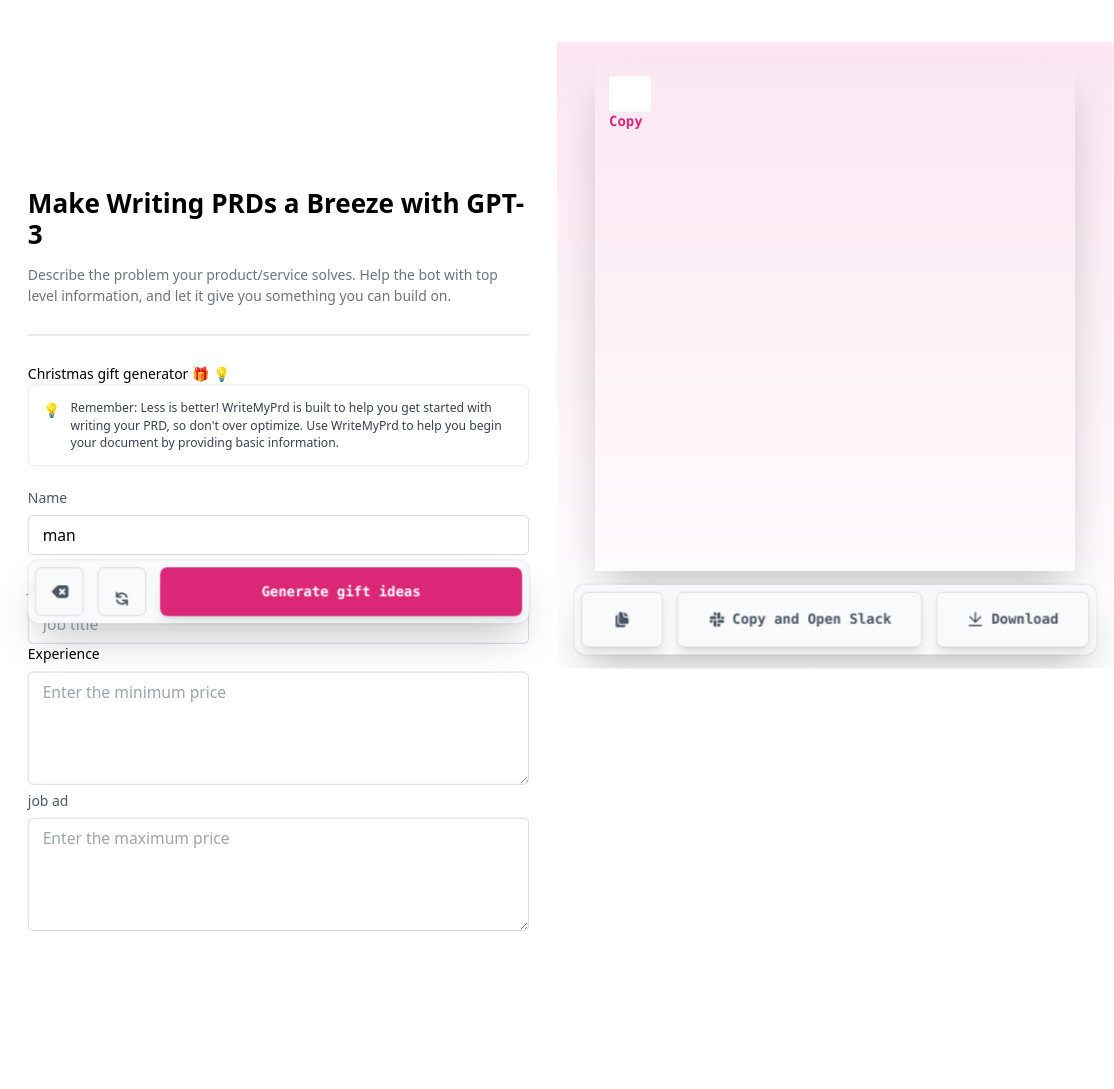
Repository: hamza-mastar/chatgpt-jpbad
Page: /
An editor plug-in stored every save of this project. The page is shown before and after the next save, followed by the edit.
The browser window is 1280 px wide. The pictures show the whole page, at 87% of full size.
The project was rebuilt for these pictures with package versions that can differ from the ones it lists, and the page was loaded fresh each time. The framework's server and built-in components were replaced by stand-ins that run in the browser.

Above is the page before, as saved 2023-01-30 17:21:37.

### pages/_app.js
import 'tailwindcss/tailwind.css'

import '../styles/globals.css'

export default function MyApp({ Component, pageProps }) {
  return <Component {...pageProps} />
}

### pages/index.js
import Head from 'next/head';
import React from 'react';
import { useState } from 'react';
import ReactDOM from 'react-dom';
import {CopyToClipboard} from 'react-copy-to-clipboard';

import styles from './index.module.css';


// import './gifts.css'







export default function Home() {
  const [name, setName] = useState('man');
  const [job_title, setJob_title] = useState("");
  const [experience, setExperience] = useState("");
  const [job_ad, setJob_ad] = useState("");

  const [loading, setLoading] = useState(false);

  const [result, setResult] = useState('');


  const [copy,setCopy] = useState(false)

  async function onSubmit(event) {
    event.preventDefault();
    if (loading) {
      return;
    }
    setLoading(true);
    setResult('hamza');
    const response = await fetch('/api/generate-gifts', {
      method: 'POST',
      headers: {
        'Content-Type': 'application/json',
      },
      body: JSON.stringify({ name, job_title, experience, job_ad}),
    });
    const data = await response.json();
    setResult(data.result.replaceAll('\n', '<br />'));
    setLoading(false);

  }


  return (
    <>



    <boddy class="h-full px-5 sm:px-6">
      <div class="flex relative sm:flex-col md: flex-col">

      <Head>
        <title>OpenAI Quickstart</title>
        <link rel="icon" href="/dog.png" />
      </Head>

      <main className={styles.main}>
     <div class="min-h-screen w-full lg:w-1/2 relative">
    <div class="h-full px-5 sm:px-6">
      <div class="h-full w-full max-w-xl mx-auto flex flex-col after:mt-auto after:flex-1">
        <header class="sm:flex-1 flex mb-auto sm:py-10 pt-6 items-center sm:justify-between flex-col sm:flex-row" >
          <div class="flex items-center justify-between h-24 md:h-20"> </div>

            {/* logo icone login  */}
            </header>
            <div class="flex-1 py-8">
           <div  class="mb-4" >
           <h1 class="text-3xl font-bold font-inter mb-2"> Make Writing PRDs a Breeze with GPT-3 </h1>
           <div class="text-gray-500 mt-4 mb-6"> Describe the problem your product/service solves. Help the bot with top level information, and let it give you something you can build on. </div>
           <div class="divide-y divide-gray-200 my-8 relative border"></div>





        <h3  >Christmas gift generator 🎁 💡</h3>
        <form  onSubmit={onSubmit} class="mb-12 relative">
        <div class="rounded-lg bg-white border p-4"><div class="flex"><div class="flex-shrink-0">💡</div><div class="ml-3 flex-1 md:flex md:justify-between"><p class="text-sm text-gray-700 font-medium"> Remember: Less is better! WriteMyPrd is built to help you get started with writing your PRD, so don't over optimize. Use WriteMyPrd to help you begin your document by providing basic information. </p></div></div></div>
        <div>
          <div class="py-6">
          <label class="relative transition text-gray-600 focus-within:text-gray-800 block" >Name</label>
          <input class="outline-none focus:outline-none text-lg bg-white rounded-md px-4 py-2 w-full border  focus:border-gray-400 border-gray-300 font-regular mt-2 transition-all undefined "
            type="text"
            name="name"
            placeholder="Enter the Name"
            value={name}
            onChange={(e) => setName(e.target.value)}
          />
          </div>


          <label class="relative transition text-gray-600 focus-within:text-gray-800 block">Job title</label>
          <input class="outline-none focus:outline-none text-lg bg-white rounded-md px-4 py-2 w-full border  focus:border-gray-400 border-gray-300 font-regular mt-2 transition-all undefined "
            type="text"
            name="job_title"
            placeholder="Job title"
            value={job_title}
            onChange={(e) => setJob_title(e.target.value)}
          />

          <label>Experience </label>
          <textarea class="form-textarea outline-none focus:outline-none text-lg bg-white rounded-md px-4 py-2 w-full border  focus:border-gray-400 border-gray-300 font-regular mt-2 transition-all undefined " rows="4"
          type="textarea"
          name="experience"
          placeholder="Enter the minimum price"
          value={experience}
          onChange={(e) => setExperience(e.target.value)} >

            </textarea>

          <label class="relative transition text-gray-600 focus-within:text-gray-800 block"> job ad</label>
          <textarea class="form-textarea outline-none focus:outline-none text-lg bg-white rounded-md px-4 py-2 w-full border  focus:border-gray-400 border-gray-300 font-regular mt-2 transition-all undefined " rows="4"
            type="text"
            name="job_ad"
            placeholder="Enter the maximum price"
            value={job_ad}
            onChange={(e) => setJob_ad(e.target.value)}
          ></textarea>


          <div class="sticky bottom-1 left-0 right-0 px-2 py-2 font-semibold text-sm text-slate-900 bg-slate-50/90 backdrop-blur-sm ring-1 ring-slate-900/10 space-x-4 rounded-xl shadow-2xl">
            <div class="flex gap-4 text-white text-sm font-bold font-mono leading-6 bg-stripes-indigo rounded-lg">
            <button id="clearAll" class="p-4 w-14 h-14 flex-none rounded-lg flex items-center justify-center bg-gray-50 border border-gray-300 text-gray-600 hover:bg-gray-100"><div tooltip="Clear All" position="top" class="w-full" data-v-47bc123b=""><svg class="w-6 h-6" fill="currentColor" viewBox="0 0 20 20" xmlns="http://www.w3.org/2000/svg"><path fill-rule="evenodd" d="M6.707 4.879A3 3 0 018.828 4H15a3 3 0 013 3v6a3 3 0 01-3 3H8.828a3 3 0 01-2.12-.879l-4.415-4.414a1 1 0 010-1.414l4.414-4.414zm4 2.414a1 1 0 00-1.414 1.414L10.586 10l-1.293 1.293a1 1 0 101.414 1.414L12 11.414l1.293 1.293a1 1 0 001.414-1.414L13.414 10l1.293-1.293a1 1 0 00-1.414-1.414L12 8.586l-1.293-1.293z" clip-rule="evenodd"></path></svg></div></button>
            <button id="re-generate-prd" class="w-14 h-14 flex-none rounded-lg flex items-center justify-center bg-gray-50 border border-gray-300 text-gray-600 hover:bg-gray-100"><div tooltip="Re-generate PRD" position="top" class="w-full" data-v-47bc123b=""><svg class="w-full mt-[30%] h-5 text-gray-600 mr-1" fill="currentColor" viewBox="0 0 20 20" xmlns="http://www.w3.org/2000/svg"><path fill-rule="evenodd" d="M4 2a1 1 0 011 1v2.101a7.002 7.002 0 0111.601 2.566 1 1 0 11-1.885.666A5.002 5.002 0 005.999 7H9a1 1 0 010 2H4a1 1 0 01-1-1V3a1 1 0 011-1zm.008 9.057a1 1 0 011.276.61A5.002 5.002 0 0014.001 13H11a1 1 0 110-2h5a1 1 0 011 1v5a1 1 0 11-2 0v-2.101a7.002 7.002 0 01-11.601-2.566 1 1 0 01.61-1.276z" clip-rule="evenodd"></path></svg></div></button>

          <input class="sm:p-4 p-3 pt-4 grow rounded-lg flex items-center justify-center bg-pink-600 hover:bg-pink-800 shadow-lg text-xs sm:text-base" type="submit" value="Generate gift ideas" />
          </div>
          </div>
          </div>
        </form>
        </div>
       </div>
        </div>
        </div>
          </div>

          {/* loging page ////////////////// */}

          <div class="relative  lg:fixed right-0 bottom-0 lg:block lg:w-1/2 overflow-hidden sm:px-5 lg:h-full h-auto  top-12">
            <div class="absolute inset-0 bg-gradient-to-b from-pink-100 to-white  -z-10" >
              <div class="relative lg:fixed right-0 bottom-0 lg:block lg:w-1/2 sm:px-5 lg:h-full h-auto overflow-scroll top-12">
                <div  class=" h-auto ">
                <div class="p-6 pb-0 h-[calc(100vh-6rem)]" >
                <div className={styles.formTextarea } class=" relative text-base  w-full p-4 px-8  h-[calc(100%-1rem)] shadow-2xl flex items-center justify-center" >
                <div class="text-pink-600 font-mono text-left text-base font-semibold absolute top-4 left-4">
        {loading && (

          <div>
            <h3>Looking for the best gift ideas 🎁 💡</h3>
            <img src="/loading.gif" className={styles.loading} />
          </div>



        )}
        <div>
        <div type="text" onChange={(e)=>seResult(e.target.result.replaceAll('\n', '<br/>'))}
        class="whitespace-pre-wrap text-gray-800 bg-white h-auto text-lg divide-y px-4 pt-5 pb-4 sm:p-6 sm:pb-4 "
          className={styles.result}
          dangerouslySetInnerHTML={{ __html: result }}



        />


      <CopyToClipboard text={result}
          onCopy={() =>setCopy(true)}>
           <button className={`${copy ? 'copied' : 'copy' }`}>
             {copy ? 'Copied' : "Copy"}
           </button>
        </CopyToClipboard>


        </div>
        </div>

        </div>


        </div>
        <div class="sticky bottom-1 left-0 right-0 px-2 py-2 font-semibold text-sm text-slate-900 bg-slate-50/90 backdrop-blur-sm ring-1 ring-slate-900/10 space-x-4 rounded-xl shadow-2xl">
            <div class="flex gap-4 text-white text-sm font-bold font-mono leading-6 bg-stripes-indigo rounded-lg">
  <button class="grow h-16 p-0 sm:p-[1.1rem] w-20 sm:w-auto h-auto rounded-lg flex items-center justify-center bg-gray-50 border-gray-300 text-gray-600 hover:bg-gray-100 shadow-lg border"><svg xmlns="http://www.w3.org/2000/svg" viewBox="0 0 24 24" fill="currentColor" class="h-5 w-5 flex-shrink-0 text-gray-600"><path d="M7.5 3.375c0-1.036.84-1.875 1.875-1.875h.375a3.75 3.75 0 013.75 3.75v1.875C13.5 8.161 14.34 9 15.375 9h1.875A3.75 3.75 0 0121 12.75v3.375C21 17.16 20.16 18 19.125 18h-9.75A1.875 1.875 0 017.5 16.125V3.375z"></path><path d="M15 5.25a5.23 5.23 0 00-1.279-3.434 9.768 9.768 0 016.963 6.963A5.23 5.23 0 0017.25 7.5h-1.875A.375.375 0 0115 7.125V5.25zM4.875 6H6v10.125A3.375 3.375 0 009.375 19.5H16.5v1.125c0 1.035-.84 1.875-1.875 1.875h-9.75A1.875 1.875 0 013 20.625V7.875C3 6.839 3.84 6 4.875 6z"></path></svg>
  </button>
  <button class="p-4 grow w-auto h-16 rounded-lg flex items-center justify-center bg-gray-50 border border-gray-300 text-gray-600 hover:bg-gray-100 shadow-lg text-xs sm:text-base"><svg fill="currentColor" class="h-5 w-5 flex-shrink-0 text-gray-600 mr-2" viewBox="0 0 24 24" xmlns="http://www.w3.org/2000/svg"><path d="M6.194 14.644c0 1.16-.943 2.107-2.103 2.107a2.11 2.11 0 0 1-2.104-2.107 2.11 2.11 0 0 1 2.104-2.106h2.103v2.106zm1.061 0c0-1.16.944-2.106 2.104-2.106a2.11 2.11 0 0 1 2.103 2.106v5.274a2.11 2.11 0 0 1-2.103 2.106 2.108 2.108 0 0 1-2.104-2.106v-5.274zm2.104-8.455c-1.16 0-2.104-.948-2.104-2.107s.944-2.106 2.104-2.106a2.11 2.11 0 0 1 2.103 2.106v2.107H9.359zm0 1.06a2.11 2.11 0 0 1 2.103 2.107 2.11 2.11 0 0 1-2.103 2.106H4.092a2.11 2.11 0 0 1-2.104-2.106 2.11 2.11 0 0 1 2.104-2.107h5.267zm8.447 2.107c0-1.16.943-2.107 2.103-2.107a2.11 2.11 0 0 1 2.104 2.107 2.11 2.11 0 0 1-2.104 2.106h-2.103V9.356zm-1.061 0c0 1.16-.944 2.106-2.104 2.106a2.11 2.11 0 0 1-2.103-2.106V4.082a2.11 2.11 0 0 1 2.103-2.106c1.16 0 2.104.946 2.104 2.106v5.274zm-2.104 8.455c1.16 0 2.104.948 2.104 2.107s-.944 2.106-2.104 2.106a2.11 2.11 0 0 1-2.103-2.106v-2.107h2.103zm0-1.06a2.11 2.11 0 0 1-2.103-2.107 2.11 2.11 0 0 1 2.103-2.106h5.268a2.11 2.11 0 0 1 2.104 2.106 2.11 2.11 0 0 1-2.104 2.107h-5.268z"></path></svg> Copy and Open Slack </button>
  <button class="p-4 grow w-auto h-16 rounded-lg flex items-center justify-center bg-gray-50 border border-gray-300 text-gray-600 hover:bg-gray-100 shadow-lg text-xs sm:text-base"><svg class="h-5 w-5 flex-shrink-0 text-gray-600 fill-gray-600 mr-2" xmlns="http://www.w3.org/2000/svg" viewBox="0 0 24 24"><path fill="none" d="M0 0h24v24H0z"></path><path d="M3 19h18v2H3v-2zm10-5.828L19.071 7.1l1.414 1.414L12 17 3.515 8.515 4.929 7.1 11 13.17V2h2v11.172z"></path></svg> Download </button></div></div>
        </div>
        </div>

        </div>
        </div>

      </main>
      </div>

      </boddy>


    </>
  );
}
// Name Job_title Experience job_ad
// overflow-scroll

### pages/index.module.css


@font-face {
  font-family: "ColfaxAI";
  src: url(https://cdn.openai.com/API/fonts/ColfaxAIRegular.woff2)
      format("woff2"),
    url(https://cdn.openai.com/API/fonts/ColfaxAIRegular.woff) format("woff");
  font-weight: normal;
  font-style: normal;
}
@font-face {
  font-family: "ColfaxAI";
  src: url(https://cdn.openai.com/API/fonts/ColfaxAIBold.woff2) format("woff2"),
    url(https://cdn.openai.com/API/fonts/ColfaxAIBold.woff) format("woff");
  font-weight: bold;
  font-style: normal;
}
/* .main,
.main input {
  font-size: 16px;
  line-height: 24px;
  color: #353740;
  font-family: "ColfaxAI", Helvetica, sans-serif;
}
.main {
  display: flex;
  flex-direction: column;
  align-items: center;
  padding-top: 60px;
}
.main .icon {
  width: 34px;
}
.main h3 {
  font-size: 32px;
  line-height: 40px;
  font-weight: bold;
  color: #202123;
  margin: 16px 0 40px;
}
.main form {
  display: flex;
  flex-direction: column;
  width: 320px;
}
.main input[type="text"] {
  padding: 12px 16px;
  border: 1px solid #10a37f;
  border-radius: 4px;
  margin-bottom: 24px;
  outline-color: #10a37f;
}
.main ::placeholder {
  color: #8e8ea0;
  opacity: 1;
}
.main input[type="submit"] {
  padding: 12px 0;
  color: #fff;
  background-color: #10a37f;
  border: none;
  border-radius: 4px;
  text-align: center;
  cursor: pointer;
}
.main .result {
  padding: 100px;
  font-weight: bold;
  margin-top: 40px;
  position:absolute;
  display: flex;
  justify-content: end;
} */

.main .loading {
  width: 50;
}

/* .main input[type="text"],
.main input[type="number"],
.main select {
  padding: 12px 16px;
  border: 1px solid #10a37f;
  border-radius: 4px;
  margin-bottom: 12px;
  margin-top: 4px;
}
.hamza {
  background-color: #10a37f;
} */










.formTextarea{
  border-width: 1px;
  --tw-border-opacity: 1;
  border-color: rgb(209 213 219 / var(--tw-border-opacity));
  --tw-bg-opacity: 1;
  background-color: rgb(255 255 255 / var(--tw-bg-opacity));
  height: 600px;
  width: 600px;
}
.container {
  scroll-snap-type: both mandatory;
  width: 50%;
  margin: 30px auto;
  white-space: nowrap;
  aspect-ratio: 1/1;
  overflow-x: scroll;
  overflow-y: scroll;
  border: solid black 2px;
}

.text-base {
  font-size: 18px;
  line-height: 1.5;
  letter-spacing: -.01em;
  color: black

}
.typed {
  color: #1f2937;
  white-space: break-spaces;
  font-size: 100px;
}
@media only screen and (max-width: 600px) {
  .goho {
    width: auto;
    display: flex;
    justify-content:center ;

  }
}

Loaded but not shown: styles/globals.css (common file); tailwind.config.js (common file)

After the next save:
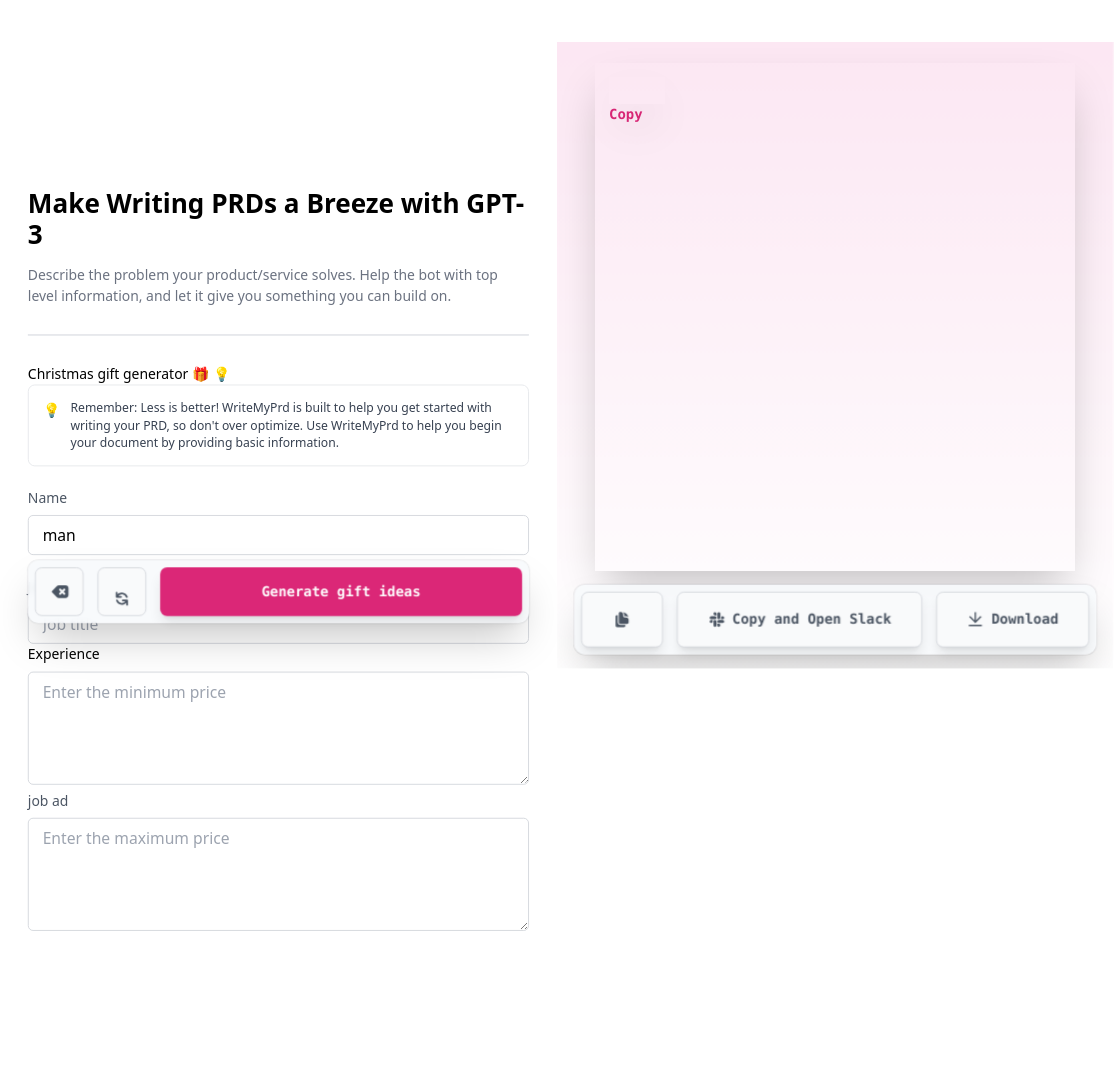
Saved 61 s later.
--- a/pages/index.js
+++ b/pages/index.js
@@ -163,7 +163,7 @@
         )}
         <div>
         <div type="text" onChange={(e)=>seResult(e.target.result.replaceAll('\n', '<br/>'))}
-        class="whitespace-pre-wrap text-gray-800 bg-white h-auto text-lg divide-y px-4 pt-5 pb-4 sm:p-6 sm:pb-4 "
+        className={styles.formTextarea } class=" relative text-base  w-full p-4 px-8  h-[calc(100%-1rem)] shadow-2xl flex items-center justify-center"
           className={styles.result}
           dangerouslySetInnerHTML={{ __html: result }}
 

After the 2 saves that followed:
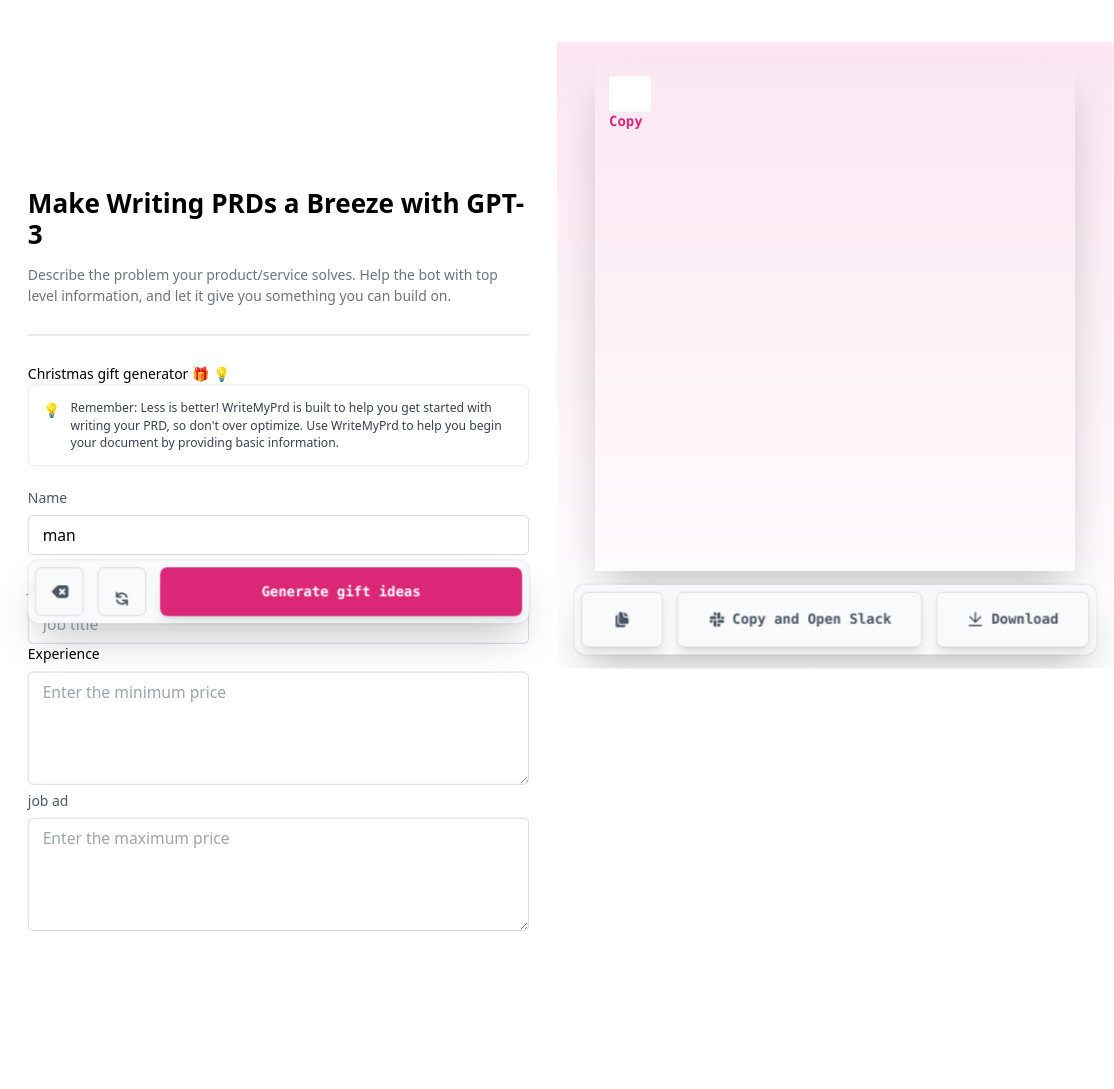
The 2 saves are shown as one change because 1 left the picture as it was.
The last was saved 10 min 3 s later.
--- a/pages/index.js
+++ b/pages/index.js
@@ -163,7 +163,7 @@
         )}
         <div>
         <div type="text" onChange={(e)=>seResult(e.target.result.replaceAll('\n', '<br/>'))}
-        className={styles.formTextarea } class=" relative text-base  w-full p-4 px-8  h-[calc(100%-1rem)] shadow-2xl flex items-center justify-center"
+        class="whitespace-pre-wrap text-gray-800 bg-white h-auto text-lg divide-y px-4 pt-5 pb-4 sm:p-6 sm:pb-4 "
           className={styles.result}
           dangerouslySetInnerHTML={{ __html: result }}
 
